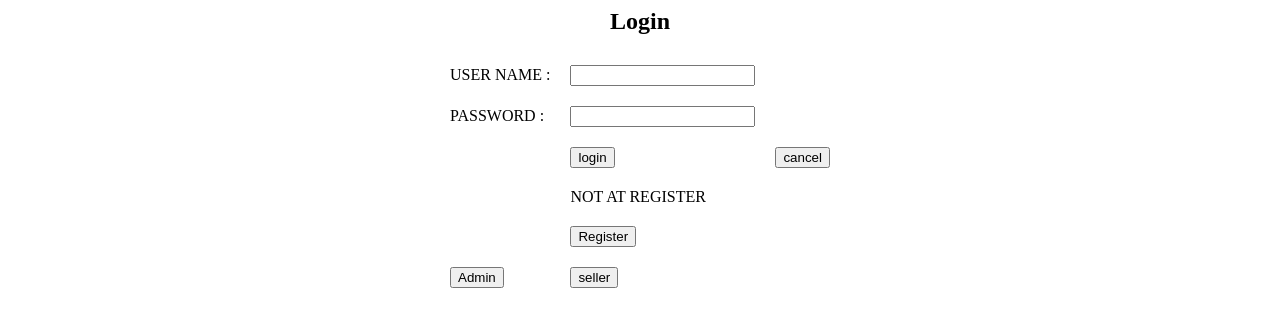
Repository: saik46573/sai
Page: http://localhost/Project/
The author's editor kept a copy of each file at every save. The page is drawn from the files as they stood at one save, then again after the next save.
The browser window is 1280 px wide. The pictures show the whole page.
The page is served by Tomcat 9. Other server files are loaded and not shown.

Above is the page before, as saved 2023-08-08 10:50:08.

### eclipse-workspace/Project/src/main/webapp/index.jsp
<html>
<body>
<h2 align="center">Login </h2>
<form action="login" method="post">
	<table  align="center" cellpadding="10px" style="border-collapse: collapse">
	<tr>
	<td>USER NAME :</td>

	<td> <input type= "text" ></td>
	</tr>
	<tr>
	<td>PASSWORD :</td>
	<td> <input type= "text" ></td>
	</tr>
	<tr>
	<td></td>
	<td><input type="submit" value="login"></td>
	<td> <input type= "submit" value="cancel"></td>
	</tr>
	<tr>
	<td></td>
	<td>  NOT AT REGISTER  </td>
	</tr>
	<tr>
	<td></td>
	<td><a href="Registration.html"><input type="button" value="Register"></a></td>
	</tr>
	<tr>
	<td><input type="submit" value="Admin"></td>
	<td> <input type= "submit" value="seller"></td>
	</tr>
	</table>
</form>
</body>
</html>

After the next save:
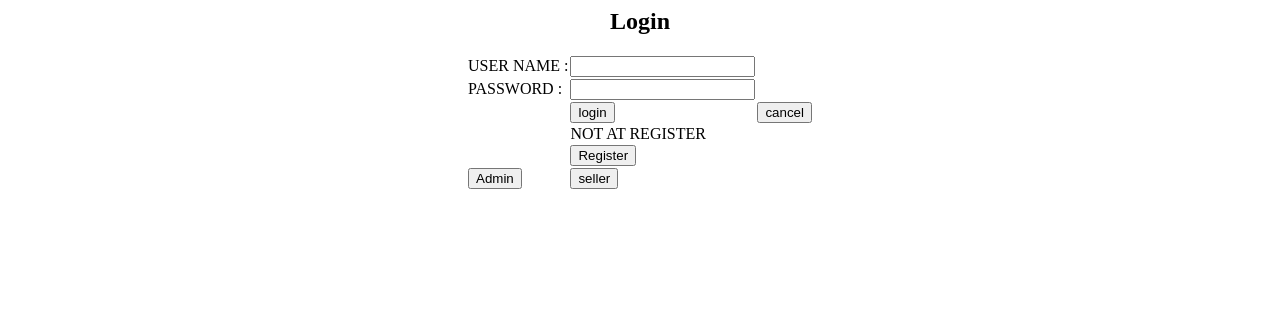
Saved 25 s later.
--- a/eclipse-workspace/Project/src/main/webapp/index.jsp
+++ b/eclipse-workspace/Project/src/main/webapp/index.jsp
@@ -2,7 +2,7 @@
 <body>
 <h2 align="center">Login </h2>
 <form action="login" method="post">
-	<table  align="center" cellpadding="10px" style="border-collapse: collapse">
+	<table  align="center" cellpadding="1px" style="border-collapse: collapse">
 	<tr>
 	<td>USER NAME :</td>
 

After the save that followed:
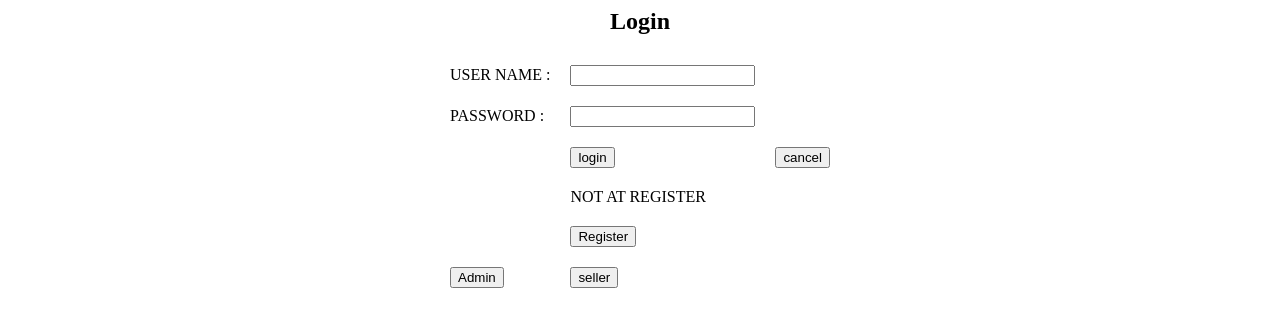
Saved 46 s later.
--- a/eclipse-workspace/Project/src/main/webapp/index.jsp
+++ b/eclipse-workspace/Project/src/main/webapp/index.jsp
@@ -2,7 +2,7 @@
 <body>
 <h2 align="center">Login </h2>
 <form action="login" method="post">
-	<table  align="center" cellpadding="1px" style="border-collapse: collapse">
+	<table  align="center" cellpadding="10px" cellspacing="10px" style="border-collapse: collapse">
 	<tr>
 	<td>USER NAME :</td>
 
